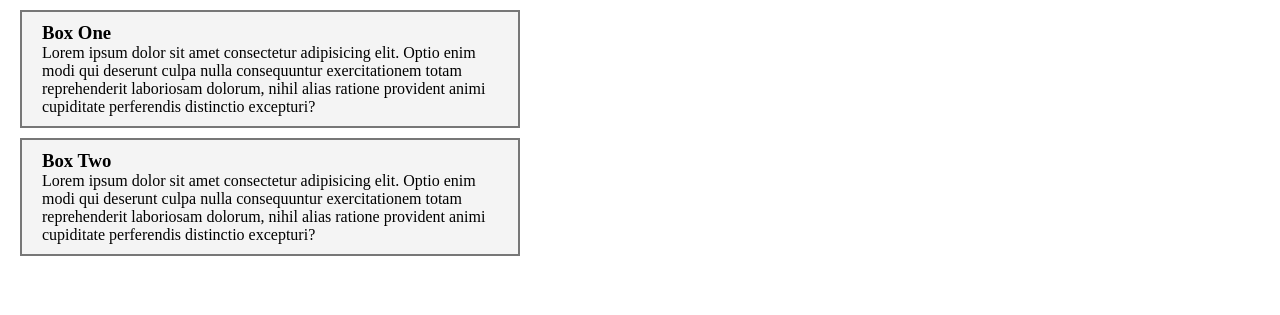
Repository: andiausrust/css-traversy
Page: box_model_margin_padding/index.html
These files come from the project's save history. The page is drawn as it stood at one moment and after the next save; the edit follows.
The browser window is 1280 px wide. The pictures show the whole page.

Above is the page before, as saved 2020-08-19 21:02:13.

### box_model_margin_padding/index.html
<!DOCTYPE html>
<html lang="en">
    <head>
        <meta charset="UTF-8" />
        <meta name="viewport" content="width=device-width, initial-scale=1.0" />
        <link rel="stylesheet" href="./css/style.css" />
        <title>Box Model | Margin & Padding</title>
    </head>
    <body>
        <div class="box">
            <h3>Box One</h3>
            <p>
                Lorem ipsum dolor sit amet consectetur adipisicing elit. Optio
                enim modi qui deserunt culpa nulla consequuntur exercitationem
                totam reprehenderit laboriosam dolorum, nihil alias ratione
                provident animi cupiditate perferendis distinctio excepturi?
            </p>
        </div>
        <div class="box">
            <h3>Box Two</h3>
            <p>
                Lorem ipsum dolor sit amet consectetur adipisicing elit. Optio
                enim modi qui deserunt culpa nulla consequuntur exercitationem
                totam reprehenderit laboriosam dolorum, nihil alias ratione
                provident animi cupiditate perferendis distinctio excepturi?
            </p>
        </div>
    </body>
</html>

### box_model_margin_padding/css/style.css
* {
    margin: 0;
    padding: 0;
    box-sizing: border-box;
}

.box {
    background: #f4f4f4;
    border: 2px #777 solid;
    width: 500px;
    padding: 10px 20px 10px 20px;
    margin: 10px 20px;
}

After the next save:
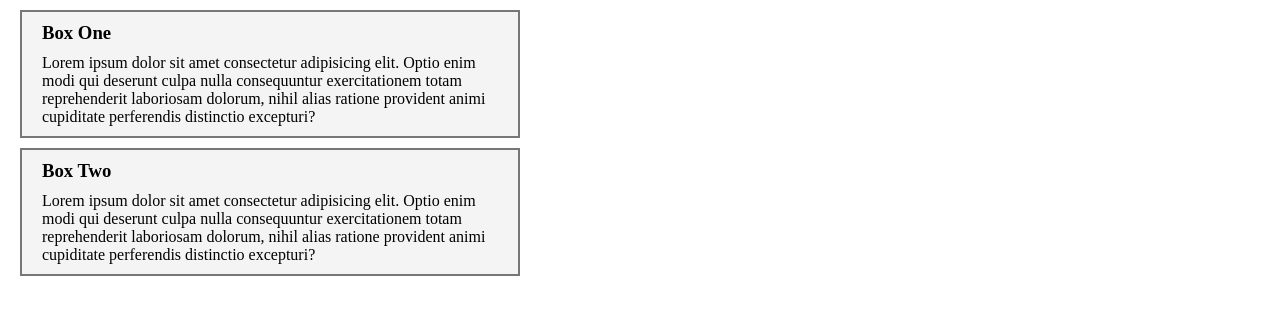
Saved 45 s later.
--- a/box_model_margin_padding/css/style.css
+++ b/box_model_margin_padding/css/style.css
@@ -11,3 +11,7 @@
     padding: 10px 20px 10px 20px;
     margin: 10px 20px;
 }
+
+.box h3 {
+    padding-bottom: 10px;
+}
